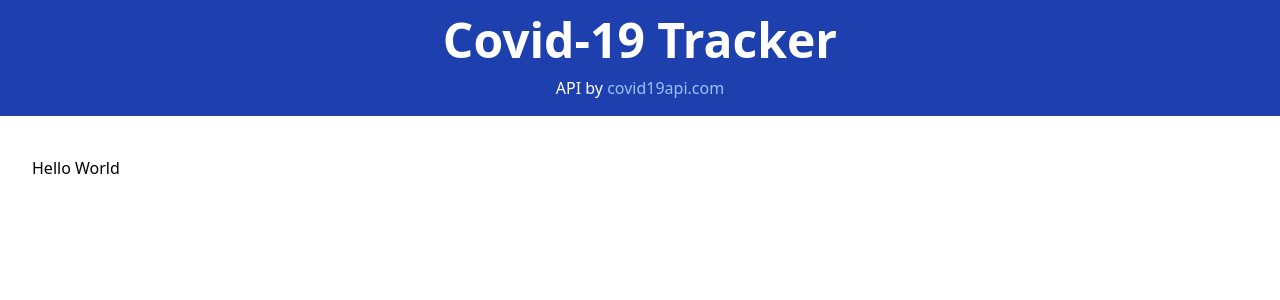
Repository: starcode72/vue-covid-tracker
Page: /
An editor plug-in stored every save of this project. The page is shown before and after a run of saves, followed by the edit.
The browser window is 1280 px wide. The pictures show the whole page.
Some web libraries are served in a nearby version. The project was rebuilt for these pictures with package versions that can differ from the ones it lists, and the page was loaded fresh each time. Also part of the build but not shown: vue.config.js.

Above is the page before, as saved 2022-04-30 08:35:05.

After the next 4 saves:
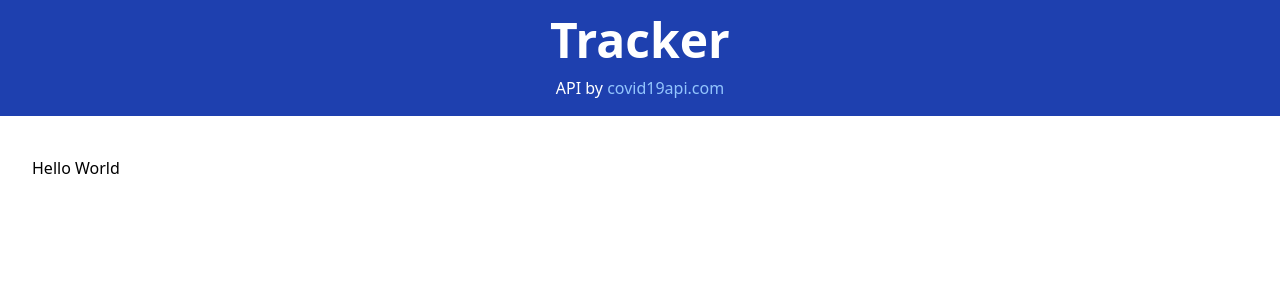
The 4 saves are shown as one change because they came seconds apart.
The last was saved 24 s later.
--- a/src/components/Header.vue
+++ b/src/components/Header.vue
@@ -1,6 +1,7 @@
 <template>
   <header class="text-center bg-blue-800 text-white p-4 mb-10">
-    <div class="text-3xl md:text-5xl font-bold mb-3">Covid-19 Tracker</div>
+    <div class="text-3xl md:text-5xl font-bold mb-3">
+      <i></i> Tracker</div>
 
     <p>
       API by
